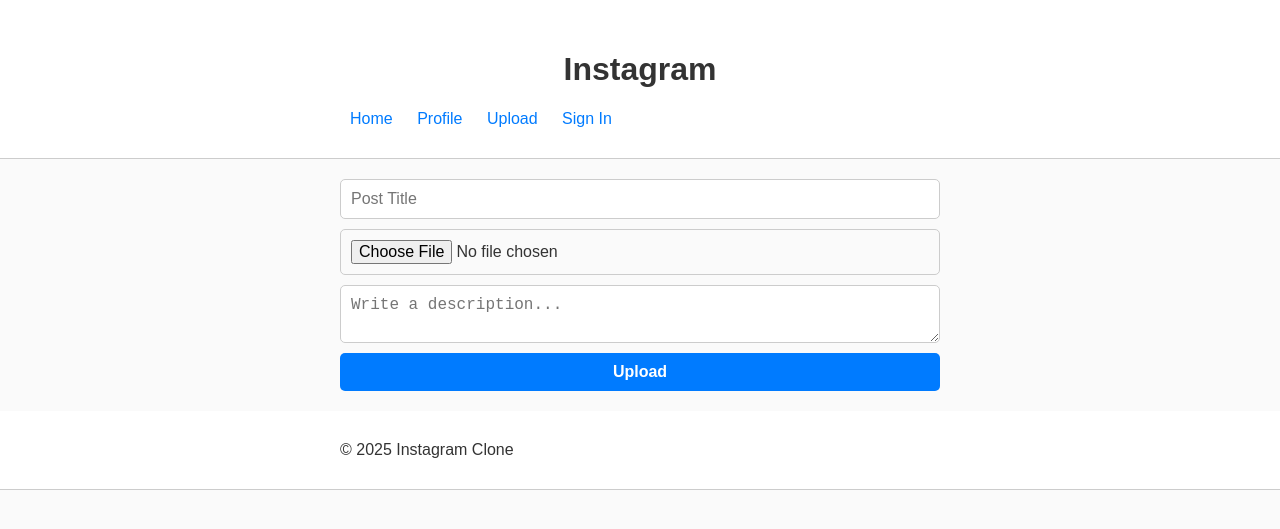
Repository: burhannaseer/CloudClips
Page: upload.html
An editor plug-in stored every save of this project. The page is shown before and after the next save, followed by the edit.
The browser window is 1280 px wide. The pictures show the whole page.

Above is the page before, as saved 2025-05-06 02:34:40.

After the next save:
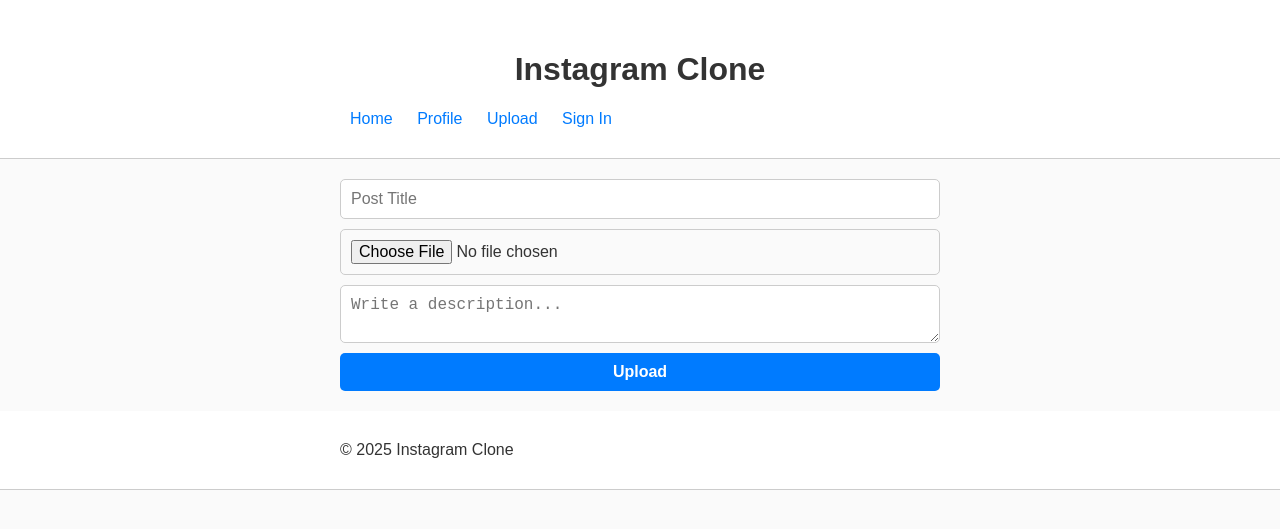
Saved 4 min 56 s later.
--- a/upload.html
+++ b/upload.html
@@ -3,13 +3,13 @@
 <head>
   <meta charset="UTF-8">
   <meta name="viewport" content="width=device-width, initial-scale=1.0">
-  <title>Instagram Upload</title>
+  <title>Instagram Clone - Upload</title>
   <link rel="stylesheet" href="styles.css">
 </head>
 <body>
   <header>
     <div class="container">
-      <h1>Instagram </h1>
+      <h1>Instagram Clone</h1>
       <nav>
         <a href="index.html">Home</a>
         <a href="profile.html">Profile</a>
